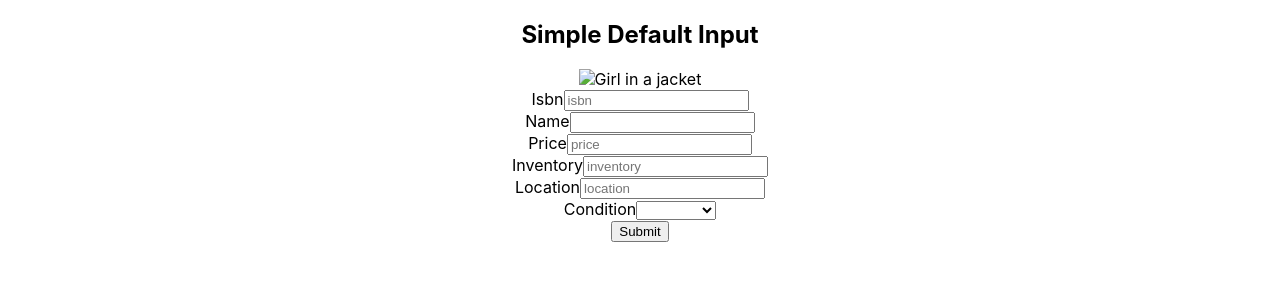
Repository: rishhabh-jain/isbndb
Page: /
The author's editor kept a copy of each file at every save. The page is drawn from the files as they stood at one save, then again after a run of saves.
The browser window is 1280 px wide. The pictures show the whole page.
The project was rebuilt for these pictures with package versions that can differ from the ones it lists, and the page was loaded fresh each time.

Above is the page before, as saved 2022-02-03 11:49:06.

After the next 2 saves:
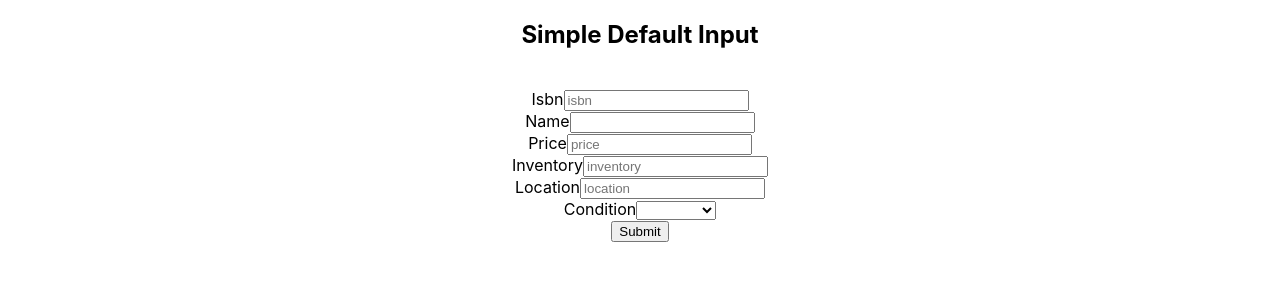
The 2 saves are shown as one change because 1 did not build or start.
The last was saved 55 s later.
--- a/src/App.js
+++ b/src/App.js
@@ -33,7 +33,7 @@ function App() {
     render={({ handleSubmit }) => (
       <form onSubmit={handleSubmit}>
         <h2>Simple Default Input</h2>
-        <img src={image} alt="Girl in a jacket" width="500" height="600"></img>
+        <img src={image} ></img>
         <div>
           <label>Isbn</label>
           <Field name="Isbn" component="input" placeholder="isbn" value={isbn}/>
